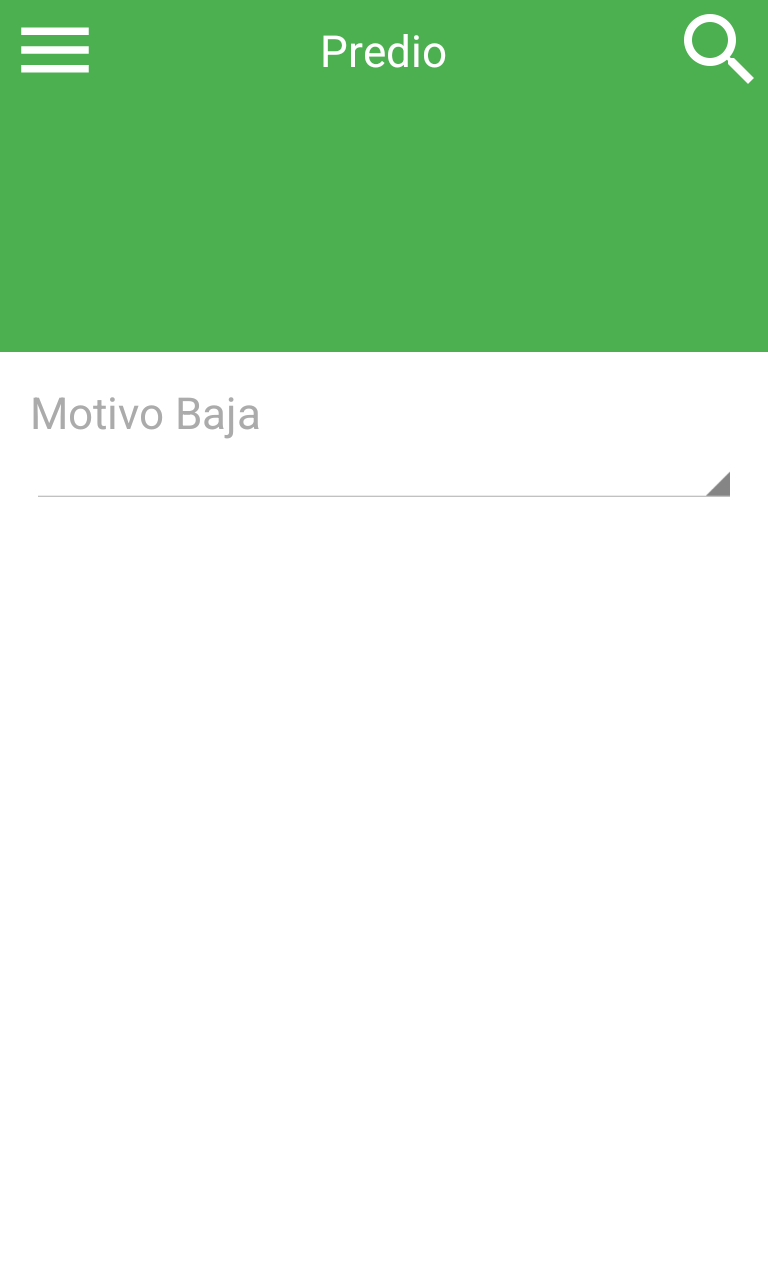
Repository: danielctf/Chilterra
Layout: Proyectos/Animales/res/layout/activity_baja_ganado.xml
These files come from the project's save history. The layout is drawn as it stood at one moment and after the next save; the edit follows.
It is drawn on a 768 x 1280 px phone screen (xhdpi) without system bars, with theme AppTheme; the app's code is not run.

Above is the layout before, as saved 2015-10-09 15:53:45.

After the next save:
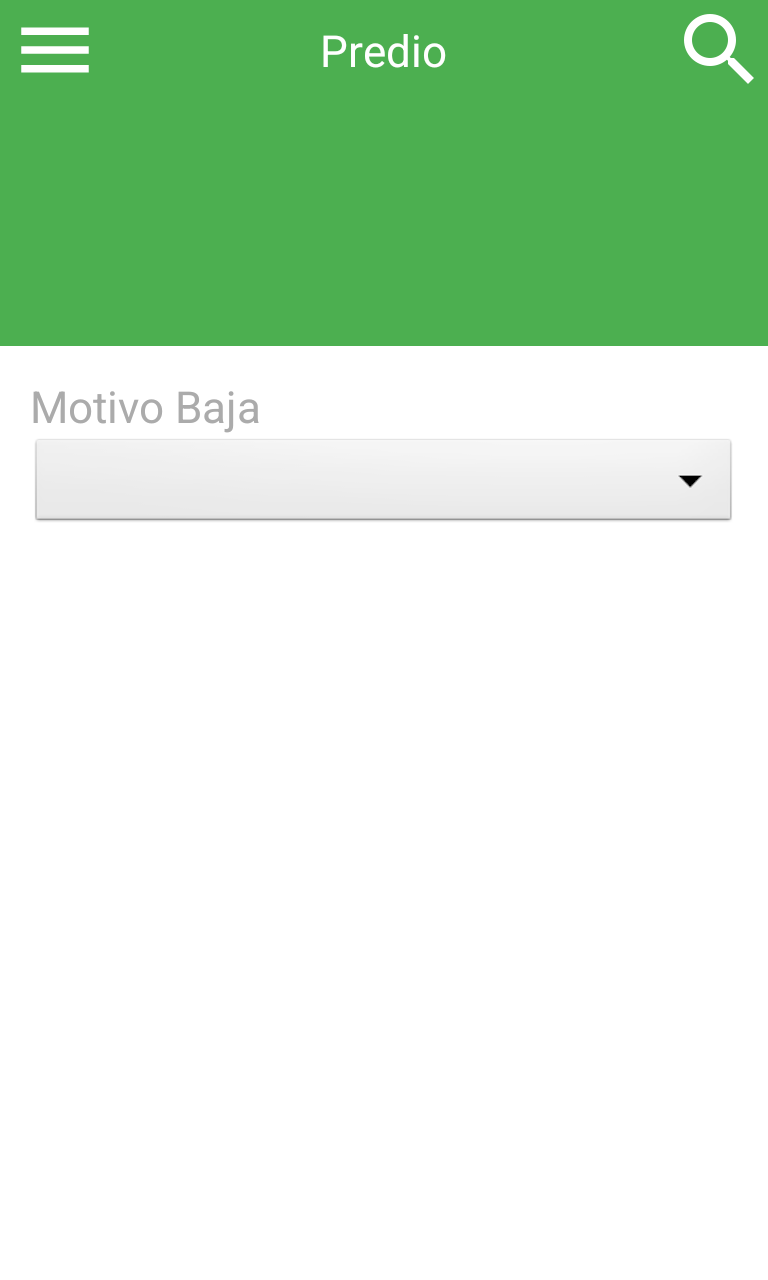
Saved 6 min 58 s later.
--- a/Proyectos/Animales/res/layout/activity_baja_ganado.xml
+++ b/Proyectos/Animales/res/layout/activity_baja_ganado.xml
@@ -80,6 +80,7 @@
             android:layout_height="wrap_content"
             android:layout_alignLeft="@+id/textView1"
             android:layout_marginRight="15dp"
+            android:background="@android:drawable/btn_dropdown"
             android:layout_below="@+id/textView1" />
 
     </RelativeLayout>

After the save that followed:
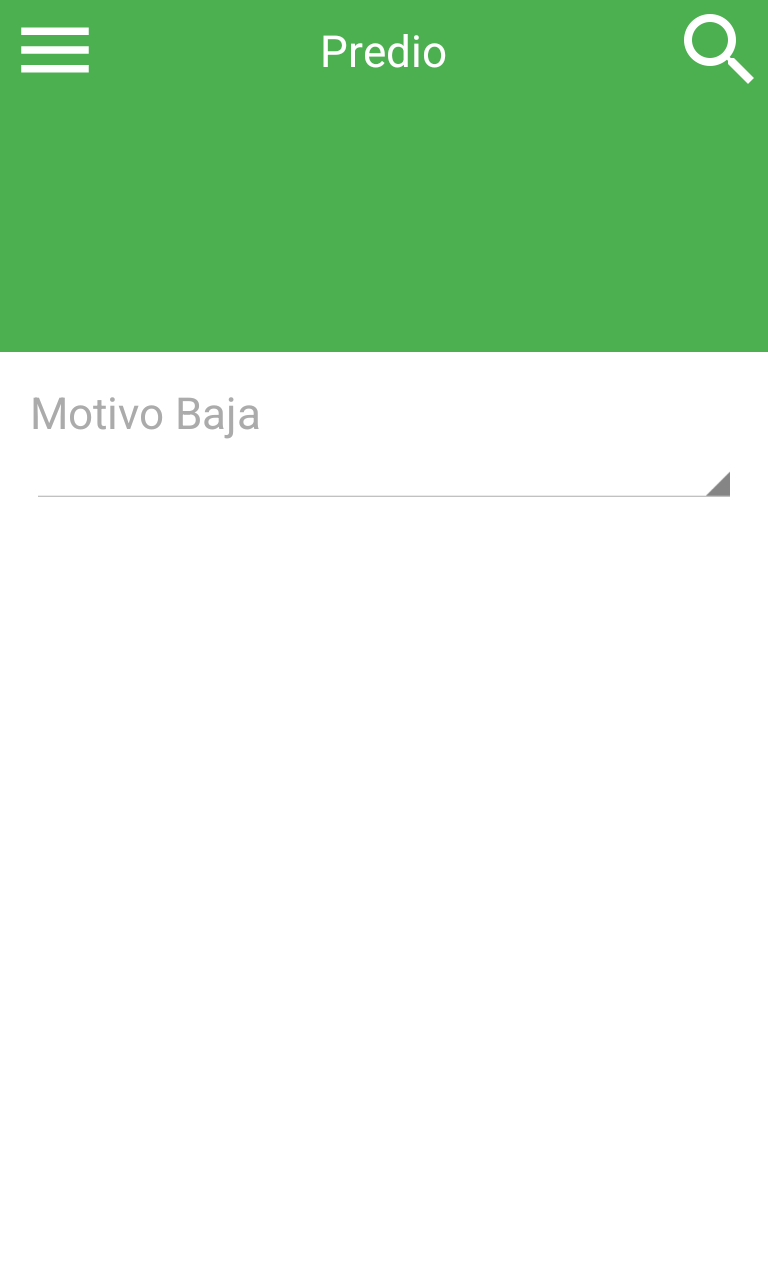
Saved 4 min 12 s later.
--- a/Proyectos/Animales/res/layout/activity_baja_ganado.xml
+++ b/Proyectos/Animales/res/layout/activity_baja_ganado.xml
@@ -80,7 +80,6 @@
             android:layout_height="wrap_content"
             android:layout_alignLeft="@+id/textView1"
             android:layout_marginRight="15dp"
-            android:background="@android:drawable/btn_dropdown"
             android:layout_below="@+id/textView1" />
 
     </RelativeLayout>
